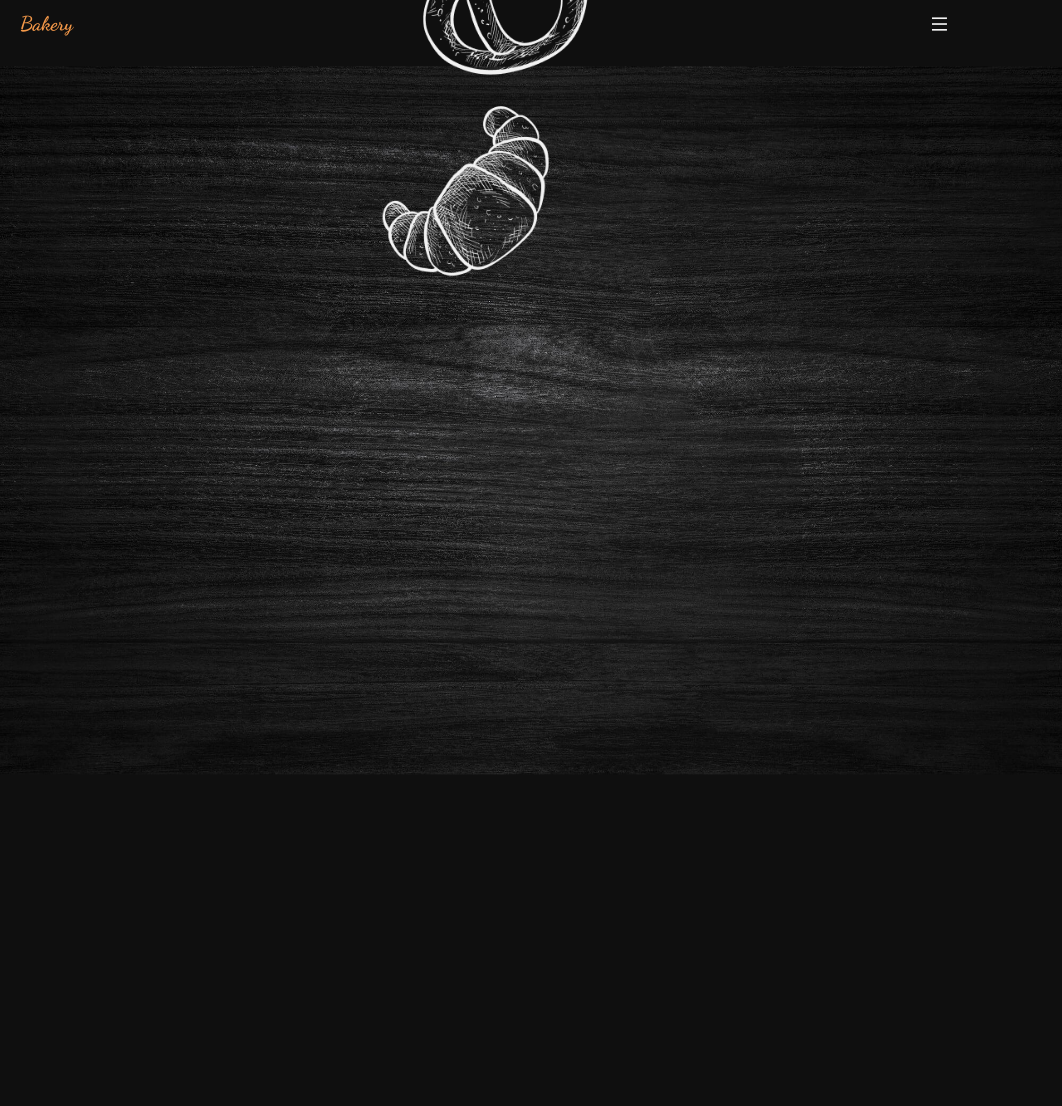
Repository: dinhhaidh/Bakery-web
Page: index.html
An editor plug-in stored every save of this project. The page is shown before and after a run of saves, followed by the edit.
The browser window is 1280 px wide. The pictures show the whole page, at 83% of full size.
Some web libraries are served in a nearby version.

Above is the page before, as saved 2024-01-15 20:55:26.

### index.html
<!DOCTYPE html>
<html lang="en">
  <head>
    <meta charset="UTF-8" />
    <meta name="viewport" content="width=device-width, initial-scale=1.0" />

    <!--=============== FAVICON ===============-->
    <link rel="shortcut icon" href="assets/img/favicon.png" type="image/x-icon"/>
    <!--=============== REMIXICONS ===============-->
    <link rel="stylesheet"  href="https://cdnjs.cloudflare.com/ajax/libs/remixicon/3.7.0/remixicon.css"/>
    <!--=============== CSS ===============-->
    <link rel="stylesheet" href="./css/style.css"/>

    <title>Responsive bakery website - Bedimcode</title>
  </head>
  <body>
    <!--==================== HEADER ====================-->
    <header class="header" id="header">
        <nav class="nav container">
            <a href="#" class="nav__logo">Bakery</a>
            <div class="nav__menu" id="nav-menu">
                <ul class="nav__list">
                    <li class="nav__item">
                        <a href="#home" class="nav__link">Home</a>
                    </li>
                    <li class="nav__item">
                        <a href="#new" class="nav__link">News</a>
                    </li>
                    <li class="nav__item">
                        <a href="#about" class="nav__link">About Us</a>
                    </li>
                    <li class="nav__item">
                        <a href="#favorite" class="nav__link">Favorites</a>
                    </li>
                    <li class="nav__item">
                        <a href="#visit" class="nav__link">Location</a>
                    </li>
                </ul>
                <div class="nav__close" id="nav-close">
                    <i class="ri-close-line"></i>
                </div>

                <img src="./img/bread-4.png" alt="image" class="nav__img-1">
                <img src="./img/bread-1.png" alt="image" class="nav__img-2">
            </div>

            <!-- toggle button -->
            <div class="nav__toggle" id="nav-toggle">
                <i class="ri-menu-line"></i>
            </div>
        </nav>
    </header>

    <!--==================== MAIN ====================-->
    <main class="main">
      <!--==================== HOME ====================-->
      <section class="home section" id="home">
        <img src="./img/home-bg.jpg" alt="image" class="home__bg">
        <div class="home__shadow"></div>
        <div class="home__container container grid">
            <div class="home__data">
                <h1 class="home-title">

                </h1>
            </div>
        </div>
      </section>

      <!--==================== NEWS ====================-->
      <section class="new section" id="new"></section>

      <!--==================== ABOUT ====================-->
      <section class="about section" id="about"></section>

      <!--==================== FAVORITES ====================-->
      <section class="favorite section" id="favorite"></section>

      <!--==================== VISIT ====================-->
      <section class="visit section" id="visit"></section>
    </main>

    <!--==================== FOOTER ====================-->
    <footer class="footer"></footer>

    <!--========== SCROLL UP ==========-->

    <!--=============== SCROLLREVEAL ===============-->
    <script src="./js/scrollreveal.min.js"></script>
    <script src="https://code.jquery.com/jquery-3.7.1.min.js" integrity="sha256-/JqT3SQfawRcv/BIHPThkBvs0OEvtFFmqPF/lYI/Cxo=" crossorigin="anonymous"></script>

    <!--=============== MAIN JS ===============-->
    <script src="./js/main.js"></script>
  </body>
</html>

### css/style.css
/*=============== GOOGLE FONTS ===============*/
@import url("https://fonts.googleapis.com/css2?family=Dancing+Script:wght@700&family=Montserrat:wght@400;600;700&display=swap");

/*=============== VARIABLES CSS ===============*/
:root {
    --header-height: 3.5rem;

    /*========== Colors ==========*/
    /*Color mode HSL(hue, saturation, lightness)*/
    --first-color: hsl(28, 88%, 62%);
    --first-color-alt: hsl(28, 84%, 58%);
    --title-color: hsl(0, 0%, 95%);
    --text-color: hsl(0, 0%, 75%);
    --text-color-light: hsl(0, 0%, 65%);
    --black-color: hsl(0, 0%, 6%);
    --body-color: hsl(0, 0%, 6%);
    --container-color: hsl(0, 0%, 10%);

    /*========== Font and typography ==========*/
    /*.5rem = 8px | 1rem = 16px ...*/
    --body-font: "Montserrat", sans-serif;
    --second-font: "Dancing Script", cursive;
    --biggest-font-size: 3rem;
    --bigger-font-size: 2rem;
    --h1-font-size: 1.5rem;
    --h2-font-size: 1.25rem;
    --h3-font-size: 1rem;
    --normal-font-size: .938rem;
    --small-font-size: .813rem;

    /*========== Font weight ==========*/
    --font-regular: 400;
    --font-semi-bold: 600;
    --font-bold: 700;

    /*========== z index ==========*/
    --z-tooltip: 10;
    --z-fixed: 100;
}

/*========== Responsive typography ==========*/
@media screen and (min-width: 1150px) {
    :root {
        --biggest-font-size: 5rem;
        --bigger-font-size: 3rem;
        --h1-font-size: 2.25rem;
        --h2-font-size: 1.5rem;
        --h3-font-size: 1.25rem;
        --normal-font-size: 1rem;
        --small-font-size: .875rem;
    }
}

/*=============== BASE ===============*/
* {
    box-sizing: border-box;
    padding: 0;
    margin: 0;
}

html {
    scroll-behavior: smooth;
}

body,
button {
    font-family: var(--body-font);
    font-size: var(--normal-font-size);
}

body {
    background-color: var(--body-color);
    color: var(--text-color);
}

button {
    border: none;
    outline: none;
}

h1,
h2,
h3,
h4 {
    color: var(--title-color);
    font-weight: var(--font-bold);
}

ul {
    list-style: none;
}

a {
    text-decoration: none;
}

img {
    display: block;
    max-width: 100%;
    height: auto;
}

/*=============== REUSABLE CSS CLASSES ===============*/
.container {
    max-width: 1120px;
    margin-inline: 1.5rem;
}

.grid {
    display: grid;
    gap: 1.5rem;
}

.section {
    padding-block: 5rem 1rem;
}

.section__title {
    font-size: var(--bigger-font-size);
    font-family: var(--second-font);
    margin-bottom: 1.5rem;
    text-align: center;
}

.main {
    overflow: hidden;
    /* For animation ScrollReveal */
}

/*=============== HEADER & NAV ===============*/
.header{
    position: fixed;
    width: 100%;
    top: 0;
    left: 0;
    background-color: transparent;
    z-index: var(--z-fixed);
}
.nav{
    position: relative;
    height: var(--header-height);
    display: flex;
    justify-content: space-between;
    align-items: center;
}
.nav__logo{
    color: var(--first-color);
    font-size: var(--h2-font-size);
    font-family: var(--second-font);
    transition: color .4s;
}
.nav__logo:hover{
    color: var(--first-color-alt);
}
.nav__close,
.nav__toggle{
    font-size: 1.5rem;
    color: var(--title-color);
    cursor: pointer;
}

/* Navigation for mobile devices */
/* responsive */
@media screen and (max-width: 1150px) {
    .nav__menu{
        position: fixed;
        top: 0;
        right: -100%;
        background-color: hsla(0,0%,6%, .2);
        backdrop-filter: blur(16px);
        -webkit-backdrop-filter: blur(16px);
        width: 80%;
        height: 100%;
        padding: 6rem 3rem 0;
        transition: right .4s;
    }
    .nav__list{
        display: flex;
        flex-direction: column;
        row-gap: 2.5rem;
    }
    .nav__link{
        color: var(--title-color);
        font-weight: var(--font-semi-bold);
        transition: color .4s;
    }
    .nav__link:hover{
        color: var(--first-color);
    }
    .nav__close,
    .nav__img-1,
    .nav__img-2{
        position: absolute;
    }
    .nav__close{
        top: 1rem;
        right: 1.5rem;
    }
    .nav__img-1{
        width: 80px;
        top: 11rem;
        right: 0.75rem;
    }
    .nav__img-2{
        width: 60px;
        top: 28rem;
        left: 6rem;
    }
}

/* Show menu */
.show-menu{
    right: 0;
}

/* Add blur header */


/* Active link */


/*=============== HOME ===============*/


/*=============== BUTTON ===============*/


/*=============== NEW ===============*/


/*=============== ABOUT ===============*/


/*=============== FAVORITES ===============*/


/*=============== VISIT ===============*/


/*=============== FOOTER ===============*/


/*=============== SCROLL BAR ===============*/


/*=============== SCROLL UP ===============*/


/* Show Scroll Up */


/*=============== BREAKPOINTS ===============*/
/* For small devices */


/* For medium devices */


/* For large devices */

Loaded but not shown: js/scrollreveal.min.js (library); js/main.js (no copy from this time; the picture is the same without it)

After the next 2 saves:
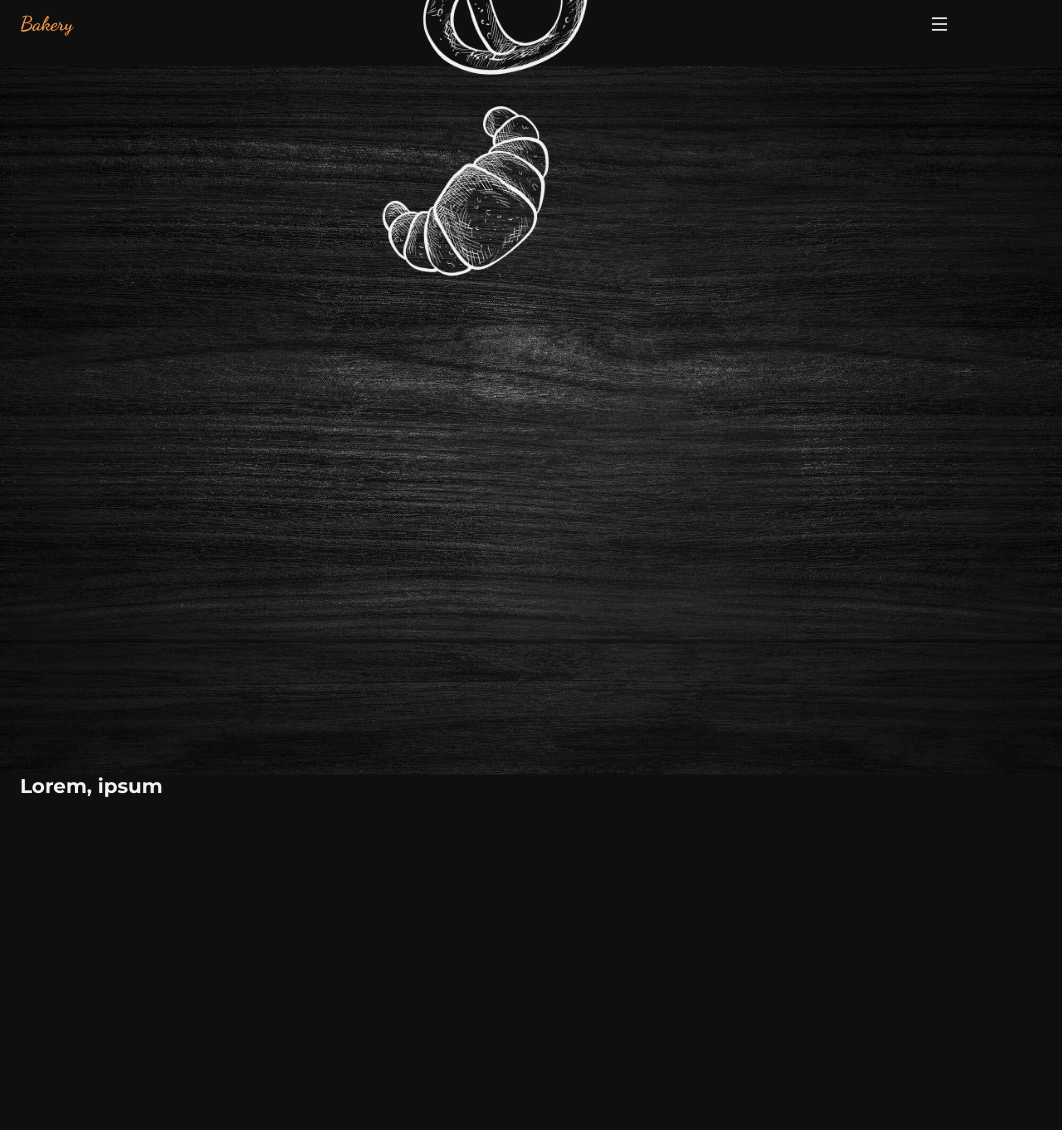
The 2 saves are shown as one change because they came seconds apart.
The last was saved 8 s later.
--- a/index.html
+++ b/index.html
@@ -60,7 +60,7 @@
         <div class="home__container container grid">
             <div class="home__data">
                 <h1 class="home-title">
-
+                    Lorem, ipsum <dolor class="br"></dolor>
                 </h1>
             </div>
         </div>
